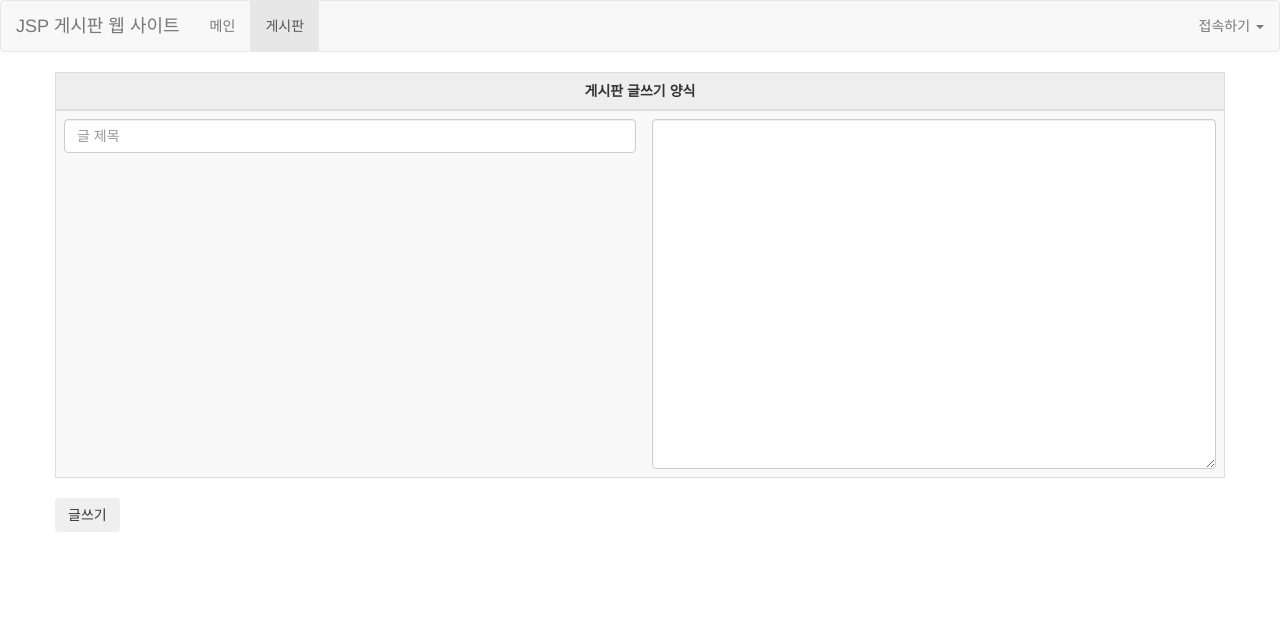
Repository: TheChok/BbsClone
Page: http://localhost/BBS/view.jsp
An editor plug-in stored every save of this project. The page is shown before and after the next save, followed by the edit.
The browser window is 1280 px wide. The pictures show the whole page.
Some web libraries are served in a nearby version. The page is served by Tomcat 9.

Above is the page before, as saved 2023-09-21 12:05:26.

After the next save:
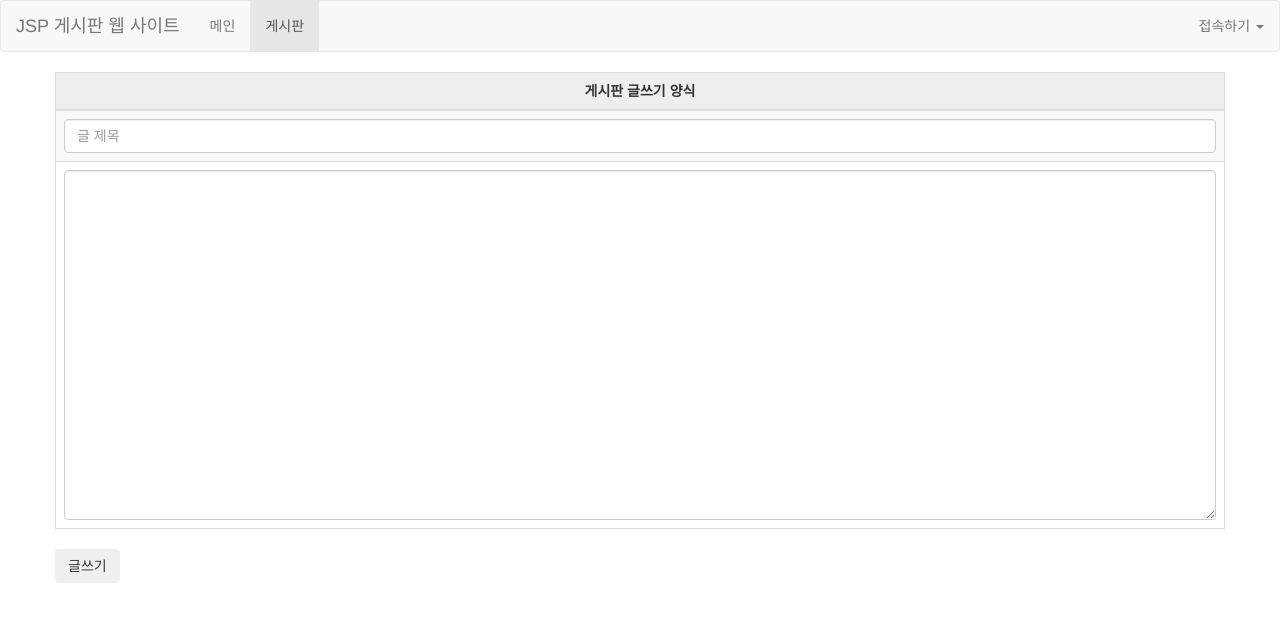
Saved 26 s later.
--- a/BBS/src/main/webapp/view.jsp
+++ b/BBS/src/main/webapp/view.jsp
@@ -88,11 +88,13 @@
 							<td>
 								<input type="text" class="form-control" placeholder="글 제목" name="bbsTitle" maxlength="50" />
 							</td>
+						</tr>
+						<tr>
 							<td>
 								<textarea class="form-control" placeholder="글 내용" name="bbsContent" maxlength="2048" style="height:350px;">
 								</textarea>
 							</td>
-						</tr>
+						<tr>
 					</tbody>
 				</table>
 				<input type="submit" class="btn btn-primary-pull-right" value="글쓰기" />
